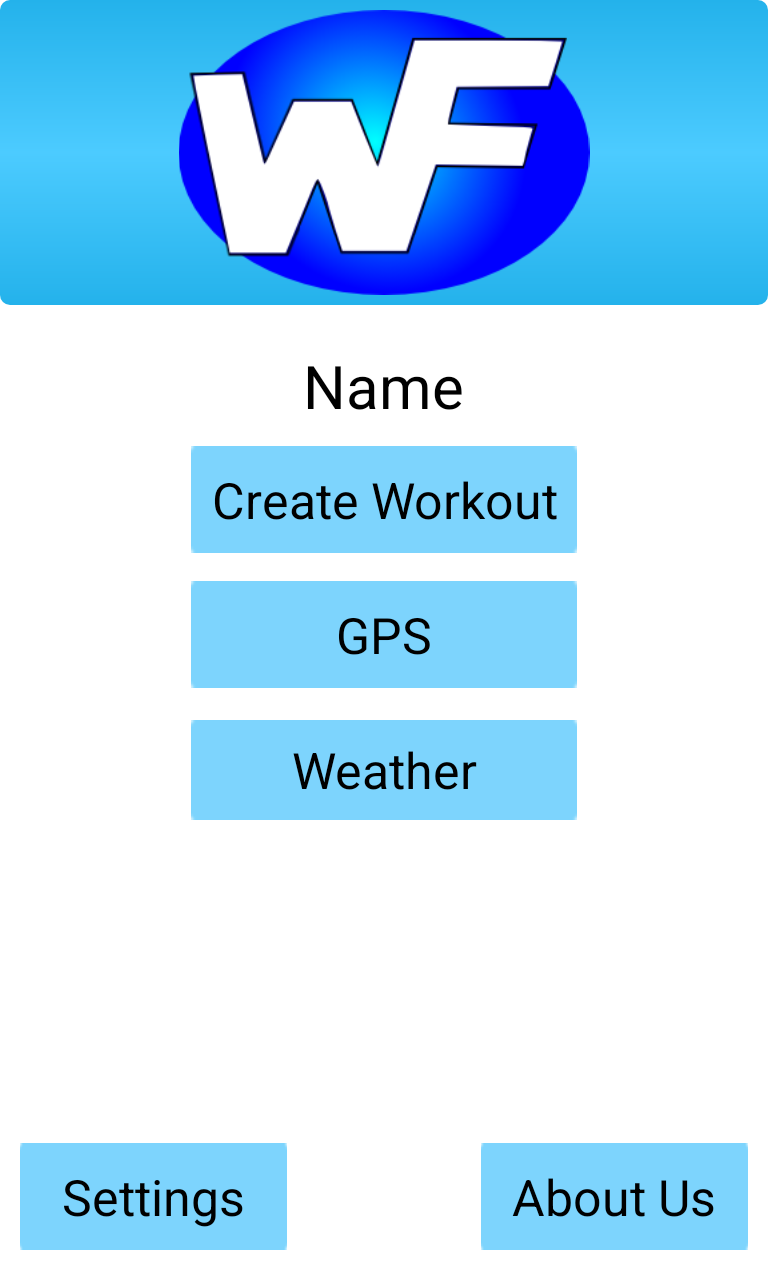
Repository: jwisch91/CS390-Project
Layout: workspace/testing/res/layout/main_menu.xml
The author's editor kept a copy of each file at every save. The layout is drawn from the files as they stood at one save, then again after the next save.
It is drawn on a 768 x 1280 px phone screen (xhdpi) without system bars, with theme android:Theme.Light; the app's code is not run.

Above is the layout before, as saved 2013-04-18 01:44:07.

### workspace/testing/res/layout/main_menu.xml
<?xml version="1.0" encoding="utf-8"?>
<ScrollView
  xmlns:android="http://schemas.android.com/apk/res/android"
  android:layout_width="fill_parent"
  android:layout_height="fill_parent"
  android:fillViewport="true"
  android:id="@+id/Main_menu">

<RelativeLayout
    android:layout_width="fill_parent"
    android:layout_height="fill_parent"
    android:layout_weight="0.80"
    android:background="#ffffff" >

    <!-- Header  Starts -->

    <LinearLayout
        android:id="@+id/header"
        android:layout_width="fill_parent"
        android:layout_height="wrap_content"
        android:background="@layout/header_gradient"
        android:paddingBottom="5dip"
        android:paddingTop="5dip" >

        <!-- Logo Start -->

        <ImageView
            android:layout_width="fill_parent"
            android:layout_height="wrap_content"
            android:layout_gravity="center"
            android:src="@drawable/logo" />
        <!-- Logo Ends -->
    </LinearLayout>
    <!-- Header Ends -->

    <TextView
        android:id="@+id/Welcome"
        android:layout_width="wrap_content"
        android:layout_height="wrap_content"
        android:layout_below="@+id/header"
        android:layout_centerHorizontal="true"
        android:layout_marginBottom="10dp"
        android:layout_marginTop="20dp"
        android:text="Name"
        android:textColor="#000000"
        android:textSize="30dip" />

    <Button
        android:id="@+id/Workout_Button"
        android:layout_width="wrap_content"
        android:layout_height="wrap_content"
        android:layout_below="@+id/Welcome"
        android:layout_centerHorizontal="true"
        android:background="@drawable/blue"
        android:padding="10dip"
        android:text="Create Workout"
        android:textSize="25dip" />

    <Button
        android:id="@+id/Settings"
        android:layout_width="wrap_content"
        android:layout_height="wrap_content"
        android:layout_alignParentBottom="true"
        android:layout_alignParentLeft="true"
        android:layout_marginBottom="15dp"
        android:layout_marginLeft="10dp"
        android:background="@drawable/blue"
        android:padding="10dip"
        android:text="Settings"
        android:textSize="25dip" />

    <Button
        android:id="@+id/About_Us"
        android:layout_width="wrap_content"
        android:layout_height="wrap_content"
        android:layout_alignParentBottom="true"
        android:layout_alignParentRight="true"
        android:layout_marginBottom="15dp"
        android:layout_marginRight="10dp"
        android:background="@drawable/blue"
        android:padding="10dip"
        android:text="About Us"
        android:textSize="25dip" />

    <Button
        android:id="@+id/GPS_Button"
        android:layout_width="200dip"
        android:layout_height="wrap_content"
        android:layout_alignLeft="@+id/Workout_Button"
        android:layout_alignRight="@+id/Workout_Button"
        android:layout_below="@+id/Workout_Button"
        android:layout_marginTop="14dp"
        android:background="@drawable/blue"
        android:padding="10dip"
        android:text="GPS"
        android:textSize="25dip" />

    <Button
        android:id="@+id/Weather"
        android:layout_width="200dip"
        android:layout_height="50dip"
        android:layout_alignLeft="@+id/GPS_Button"
        android:layout_alignRight="@+id/GPS_Button"
        android:layout_below="@+id/GPS_Button"
        android:layout_marginTop="16dp"
        android:background="@drawable/blue"
        android:text="Weather"
        android:textSize="25dip" />

</RelativeLayout>

</ScrollView>

Loaded but not shown: workspace/testing/res/layout/header_gradient.xml (common file)

After the next save:
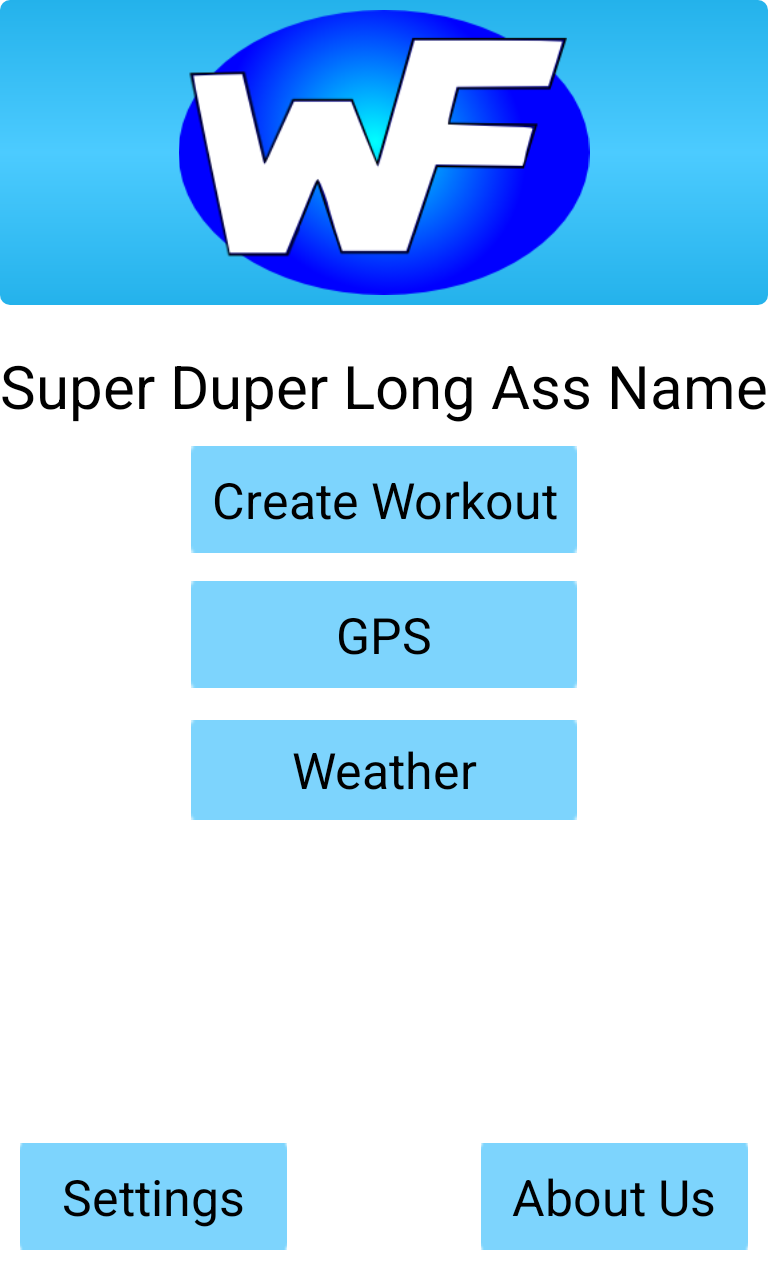
Saved 19 h 38 min later.
--- a/workspace/testing/res/layout/main_menu.xml
+++ b/workspace/testing/res/layout/main_menu.xml
@@ -39,9 +39,10 @@
         android:layout_height="wrap_content"
         android:layout_below="@+id/header"
         android:layout_centerHorizontal="true"
+        android:layout_gravity="center_horizontal"
         android:layout_marginBottom="10dp"
         android:layout_marginTop="20dp"
-        android:text="Name"
+        android:text="Super Duper Long Ass Name"
         android:textColor="#000000"
         android:textSize="30dip" />
 
